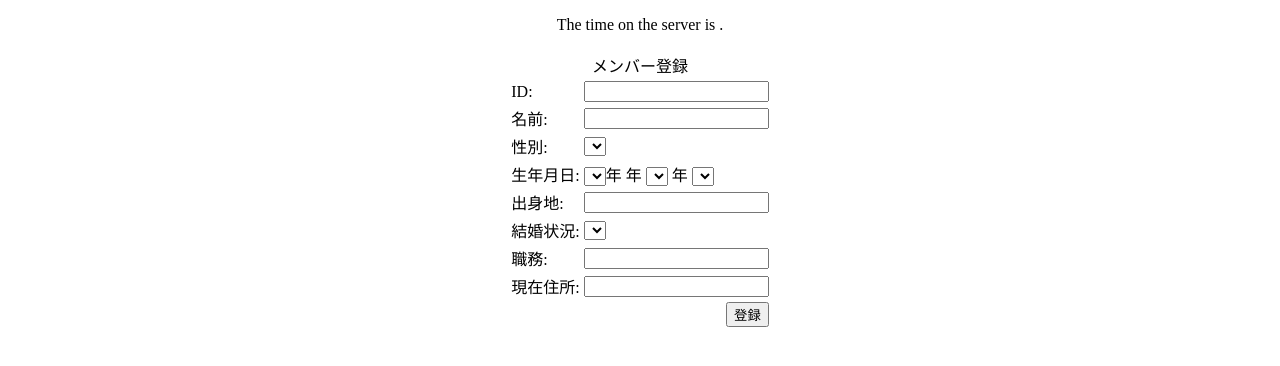
Repository: nguyenvantandev/WebApp
Page: http://localhost/CreateMember/WEB-INF/views/memberform.jsp
These files come from the project's save history. The page is drawn as it stood at one moment and after the next save; the edit follows.
The browser window is 1280 px wide. The pictures show the whole page.
The page is served by Tomcat 9. Nobody is signed in. Other server files are loaded and not shown. The template is opened directly, without the code that normally fills it, so the values that code supplies are empty.

Above is the page before, as saved 2016-06-27 08:57:08.

### CreateMember/src/main/webapp/WEB-INF/views/memberform.jsp
<%@ page language="java" contentType="text/html; charset=UTF-8"
	pageEncoding="UTF-8"%>
<%@ taglib prefix="form" uri="http://www.springframework.org/tags/form"%>
<!DOCTYPE html PUBLIC "-//W3C//DTD HTML 4.01 Transitional//EN"
    "http://www.w3.org/TR/html4/loose.dtd">
<html>
<head>
<meta http-equiv="Content-Type" content="text/html; charset=UTF-8" />
<title>メンバー登録</title>
</head>
<body>
	<form:form action="" method="POST" commandName="memberVal">
		<div align="center">
		<P>The time on the server is ${serverTime}.</P>
			<table border="0">
				<tr>
					<td colspan="2" align="center">メンバー登録</td>
				</tr>

				<tr>
					<td>ID:</td>
					<td><form:input path="memeber_id" /></td>
				</tr>

				<tr>
					<td>名前:</td>
					<td><form:input path="member_name" /></td>
				</tr>

				<tr>
					<td>性別:</td>
					<td><form:select path="sex" items="${sexlist}"></form:select></td>
				</tr>
				<tr>
					<td>生年月日:</td>
					<td><form:select path="year" items="${yearlist}"></form:select><label>年</label>
						<label>年</label>
					<form:select path="month" items="${monthlist}"></form:select> <label>年</label>
					<form:select path="day" items="${daylist}"></form:select></td>
				</tr>
				<tr>
					<td>出身地:</td>
					<td><form:input path="birthplace"/></td>
				</tr>
				<tr>
					<td>結婚状況:</td>
					<td><form:select path="mari" items="${maristatus}"></form:select></td>
				</tr>
				<tr>
					<td>職務:</td>
					<td><form:input path="employee"/></td>
				</tr>
				<tr>
					<td>現在住所:</td>
					<td><form:input path="persent_address"/></td>
				</tr>
				<tr>

					<td colspan="2" align="right"><input type="submit" id="add"
						name="add" value="登録"></td>
				</tr>

			</table>
		</div>
	</form:form>

</body>
</html>

After the next save:
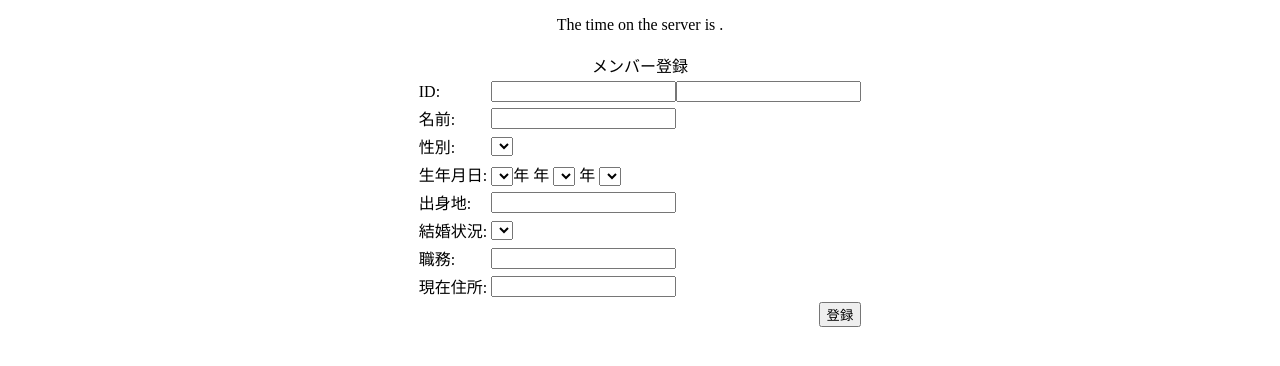
Saved 64 s later.
--- a/CreateMember/src/main/webapp/WEB-INF/views/memberform.jsp
+++ b/CreateMember/src/main/webapp/WEB-INF/views/memberform.jsp
@@ -19,7 +19,7 @@
 
 				<tr>
 					<td>ID:</td>
-					<td><form:input path="memeber_id" /></td>
+					<td><form:input path="memeber_id" /><form:input path="username" /></td>
 				</tr>
 
 				<tr>

After the save that followed:
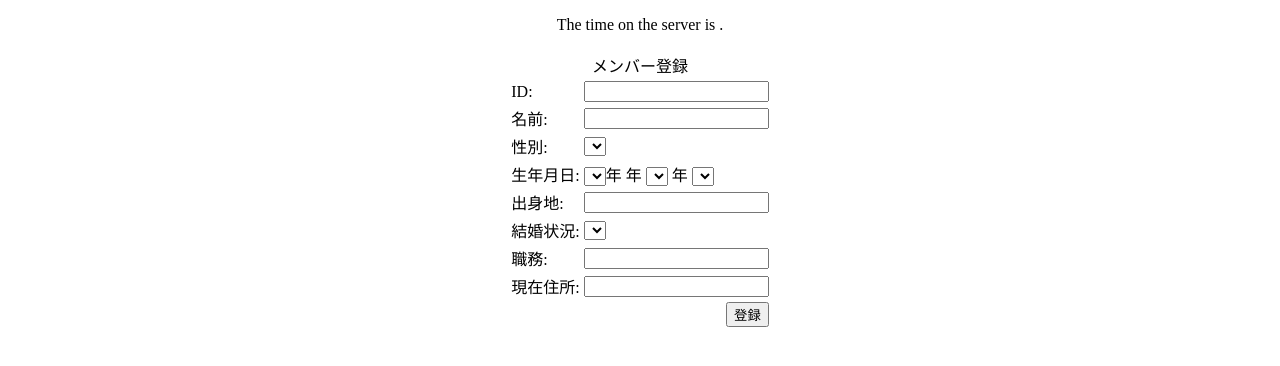
Saved 15 s later.
--- a/CreateMember/src/main/webapp/WEB-INF/views/memberform.jsp
+++ b/CreateMember/src/main/webapp/WEB-INF/views/memberform.jsp
@@ -19,7 +19,7 @@
 
 				<tr>
 					<td>ID:</td>
-					<td><form:input path="memeber_id" /><form:input path="username" /></td>
+					<td><form:input path="username" /></td>
 				</tr>
 
 				<tr>
